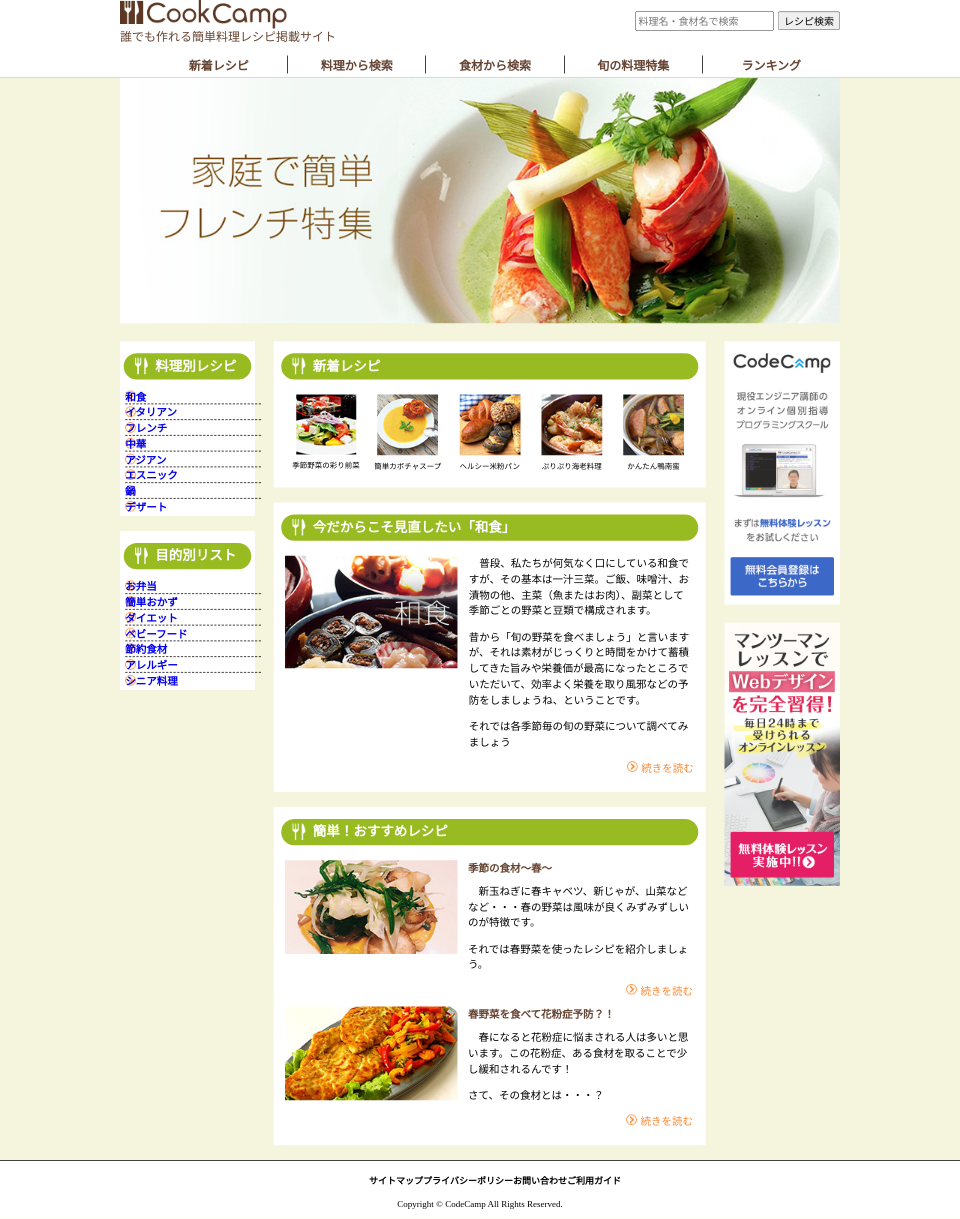
Repository: tomimaler/dc_work_tamachi_inagaki_html
Page: cookcamp/cookcamp.html
The author's editor kept a record of every edit. The page is drawn from the files as they stood at one moment, then again after the next edit.
The browser window is 1280 px wide. The pictures show the whole page, at 75% of full size.

Above is the page before.

After the next edit:
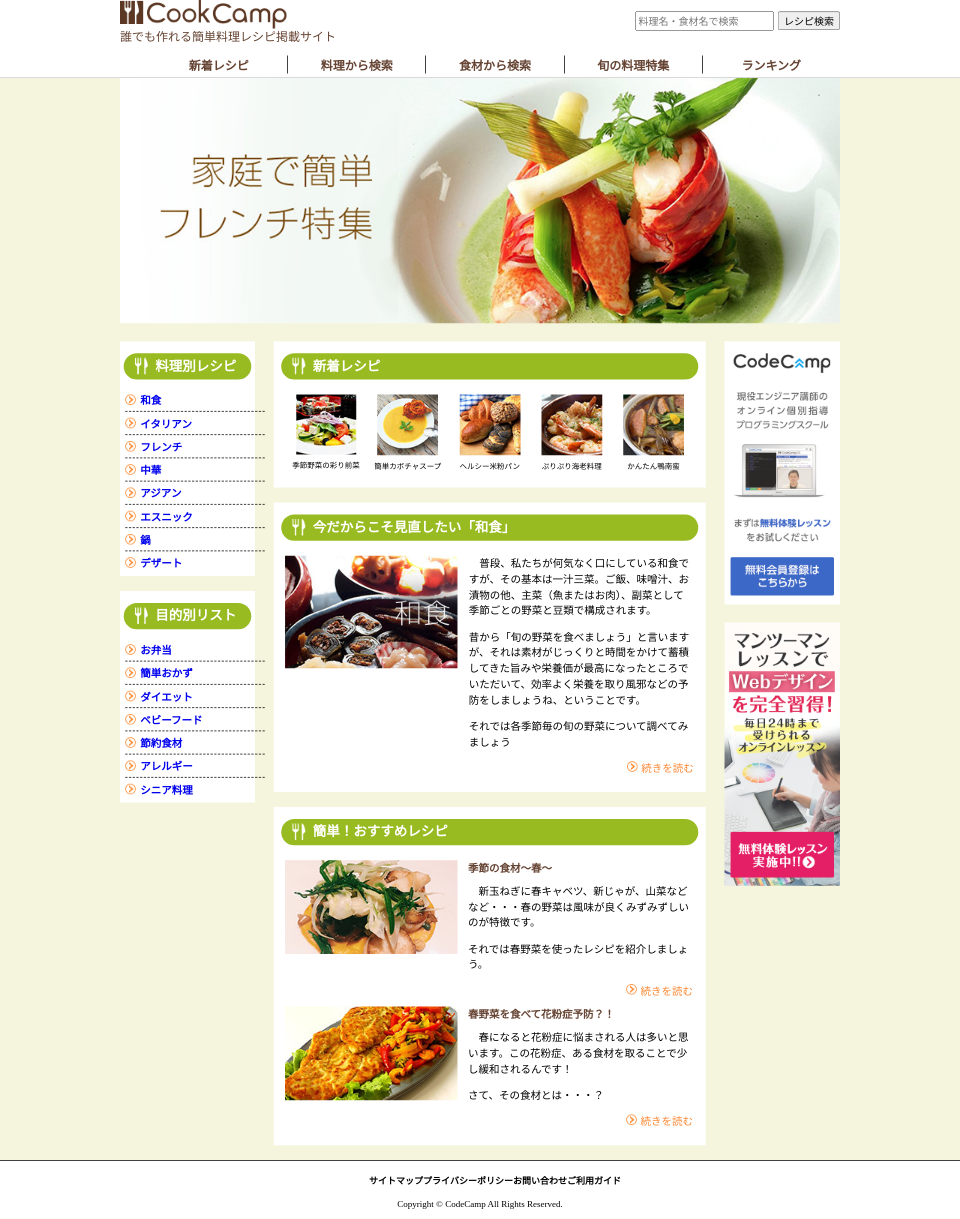
The edit:
--- a/cookcamp/cookcamp.css
+++ b/cookcamp/cookcamp.css
@@ -109,7 +109,7 @@
     background-image:url('images/icon/arrow.png');
     background-repeat:no-repeat;
     background-position:left center;
-    padding-right:15px;
+    padding:5px 0px 5px 20px;
     color:black;
     width:100%;
     /*list-style-position:inside;*/
